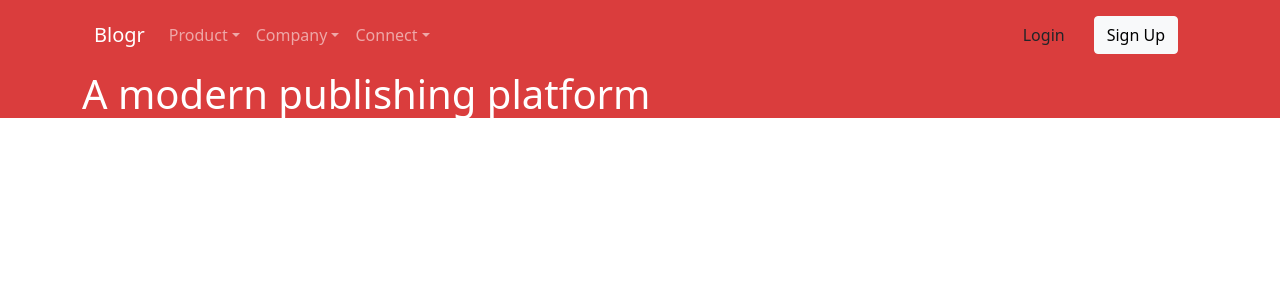
Repository: badhon252/blogr-landing-page
Page: /
The author's editor kept a copy of each file at every save. The page is drawn from the files as they stood at one save, then again after the next save.
The browser window is 1280 px wide. The pictures show the whole page.
The project was rebuilt for these pictures with package versions that can differ from the ones it lists, and the page was loaded fresh each time.

Above is the page before, as saved 2022-01-17 22:10:29.

### public/index.html
<!DOCTYPE html>
<html lang="en">

<head>
  <meta charset="utf-8" />
  <link rel="icon" href="%PUBLIC_URL%/favicon.ico" />
  <meta name="viewport" content="width=device-width, initial-scale=1" />
  <meta name="theme-color" content="#000000" />
  <meta name="description" content="Web site created using create-react-app" />
  <link rel="apple-touch-icon" href="%PUBLIC_URL%/logo192.png" />

  <link rel="manifest" href="%PUBLIC_URL%/manifest.json" />
  <!-- Bootstrap css  -->
  <link href="https://cdn.jsdelivr.net/npm/bootstrap@5.1.3/dist/css/bootstrap.min.css" rel="stylesheet"
    integrity="sha384-1BmE4kWBq78iYhFldvKuhfTAU6auU8tT94WrHftjDbrCEXSU1oBoqyl2QvZ6jIW3" crossorigin="anonymous">


  <title>Blogr</title>
</head>

<body>
  <noscript>You need to enable JavaScript to run this app.</noscript>
  <div id="root"></div>

  <!-- Bootstrap js  -->
  <script src="https://cdn.jsdelivr.net/npm/bootstrap@5.1.3/dist/js/bootstrap.bundle.min.js"
    integrity="sha384-ka7Sk0Gln4gmtz2MlQnikT1wXgYsOg+OMhuP+IlRH9sENBO0LRn5q+8nbTov4+1p"
    crossorigin="anonymous"></script>

</body>

</html>

### src/App.js
import Maincomp from "./components/MainComp";

function App() {
  return (
    <div className="App">
      <Maincomp />
    </div>
  );
}

export default App;

### src/components/MainComp.js
import React from "react";
import Header from "./Header/Header";

const Maincomp = () => {
  return (
    <div>
      <Header />
    </div>
  );
};

export default Maincomp;

### src/components/Header/Header.js
import React from "react";
import Nav from "./Nav";
import "../styles/index.css";

export default function Header() {
  return (
    <div className="header">
      <div className="container">
        <Nav />
        <h1>A modern publishing platform</h1>
      </div>
    </div>
  );
}

### src/components/Header/Nav.js
import React from "react";

const Nav = () => {
  return (
    <div>
      <nav className="navbar navbar-expand-lg navbar-dark">
        <div className="container-fluid">
          <a className="navbar-brand" href="/">
            Blogr
          </a>
          <button
            className="navbar-toggler"
            type="button"
            data-bs-toggle="collapse"
            data-bs-target="#navbarSupportedContent"
            aria-controls="navbarSupportedContent"
            aria-expanded="false"
            aria-label="Toggle navigation"
          >
            <span className="navbar-toggler-icon"></span>
          </button>
          <div className="collapse navbar-collapse" id="navbarSupportedContent">
            <ul className="navbar-nav mb-2 mb-lg-0">
              <li className="nav-item dropdown">
                <a
                  className="nav-link dropdown-toggle"
                  href="/"
                  id="navbarDropdown"
                  role="button"
                  data-bs-toggle="dropdown"
                  aria-expanded="false"
                >
                  Product
                </a>
                <ul className="dropdown-menu" aria-labelledby="navbarDropdown">
                  <li>
                    <a className="dropdown-item" href="/">
                      Action
                    </a>
                  </li>
                  <li>
                    <a className="dropdown-item" href="/">
                      Another action
                    </a>
                  </li>
                  <li>
                    <hr className="dropdown-divider" />
                  </li>
                  <li>
                    <a className="dropdown-item" href="/">
                      Something else here
                    </a>
                  </li>
                </ul>
              </li>{" "}
              <li className="nav-item dropdown">
                <a
                  className="nav-link dropdown-toggle"
                  href="/"
                  id="navbarDropdown"
                  role="button"
                  data-bs-toggle="dropdown"
                  aria-expanded="false"
                >
                  Company
                </a>
                <ul className="dropdown-menu" aria-labelledby="navbarDropdown">
                  <li>
                    <a className="dropdown-item" href="/">
                      Action
                    </a>
                  </li>
                  <li>
                    <a className="dropdown-item" href="/">
                      Another action
                    </a>
                  </li>
                  <li>
                    <hr className="dropdown-divider" />
                  </li>
                  <li>
                    <a className="dropdown-item" href="/">
                      Something else here
                    </a>
                  </li>
                </ul>
              </li>{" "}
              <li className="nav-item dropdown">
                <a
                  className="nav-link dropdown-toggle"
                  href="/"
                  id="navbarDropdown"
                  role="button"
                  data-bs-toggle="dropdown"
                  aria-expanded="false"
                >
                  Connect
                </a>
                <ul className="dropdown-menu" aria-labelledby="navbarDropdown">
                  <li>
                    <a className="dropdown-item" href="/">
                      Action
                    </a>
                  </li>
                  <li>
                    <a className="dropdown-item" href="/">
                      Another action
                    </a>
                  </li>
                  <li>
                    <hr className="dropdown-divider" />
                  </li>
                  <li>
                    <a className="dropdown-item" href="/">
                      Something else here
                    </a>
                  </li>
                </ul>
              </li>
            </ul>
            {/* login & sign-up */}
            <ul className="navbar-nav ms-auto">
              <li className="nav-item">
                <a className="nav-link" href="/">
                  <button type="button" class="btn">
                    Login
                  </button>
                </a>
              </li>{" "}
              <li className="nav-item">
                <a className="nav-link" href="/">
                  <button type="button" class="btn btn-light">
                    Sign Up
                  </button>
                </a>
              </li>
            </ul>
          </div>
        </div>
      </nav>
    </div>
  );
};

export default Nav;

### src/components/styles/index.css
.header {
  background-color: rgb(218, 61, 61);
  color: rgb(255, 255, 255);
  /* clip-path: circle(73.8% at 63% 38%); */
}

Loaded but not shown: src/index.js (common file); src/reportWebVitals.js (common file)

After the next save:
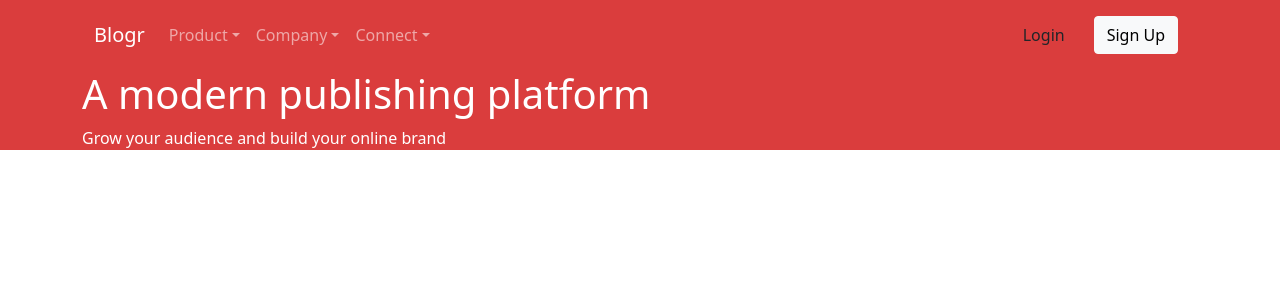
Saved 47 s later.
--- a/src/components/Header/Header.js
+++ b/src/components/Header/Header.js
@@ -8,6 +8,9 @@ export default function Header() {
       <div className="container">
         <Nav />
         <h1>A modern publishing platform</h1>
+        <p className="header-p">
+          Grow your audience and build your online brand
+        </p>
       </div>
     </div>
   );
